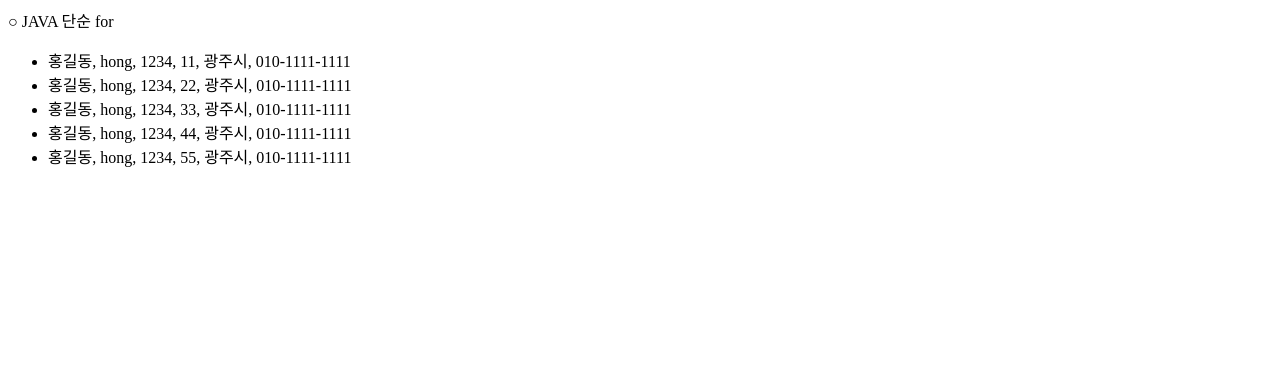
Repository: youngmoon525/Jsp_Servlet
Page: http://localhost/03.JSP/jsp37.jsp
These files come from the project's save history. The page is drawn as it stood at one moment and after the next save; the edit follows.
The browser window is 1280 px wide. The pictures show the whole page.
The page is served by Tomcat 9. Other server files are loaded and not shown.

Above is the page before, as saved 2021-09-09 02:34:10.

### workspace/03.JSP/WebContent/jsp37.jsp
<%@page import="com.hanul.study.MemberDTO"%>
<%@page import="java.util.ArrayList"%>
<%@ page language="java" contentType="text/html; charset=UTF-8" pageEncoding="UTF-8"%>
<%@ taglib prefix="c" uri="http://java.sun.com/jsp/jstl/core" %>
<%
ArrayList<MemberDTO> list = new ArrayList<>();
list.add(new MemberDTO("홍길동", "hong", "1234", 11, "광주시", "010-1111-1111"));
list.add(new MemberDTO("홍길동", "hong", "1234", 22, "광주시", "010-1111-1111"));
list.add(new MemberDTO("홍길동", "hong", "1234", 33, "광주시", "010-1111-1111"));
list.add(new MemberDTO("홍길동", "hong", "1234", 44, "광주시", "010-1111-1111"));
list.add(new MemberDTO("홍길동", "hong", "1234", 55, "광주시", "010-1111-1111"));
%>
<!DOCTYPE html>
<html>
<head>
<meta charset="UTF-8">
<title>JSP37</title>
</head>
<body>
○ JAVA 단순 for<br/>
<ul>
	<%
		for(int i = 0; i < list.size(); i++){
			out.println("<li>" + list.get(i).getName() + ", ");
			out.println(list.get(i).getId() + ", ");
			out.println(list.get(i).getPw() + ", ");
			out.println(list.get(i).getAge() + ", ");
			out.println(list.get(i).getAddr() + ", ");
			out.println(list.get(i).getTel() + "</li>");
		}
	%>
</ul>
</body>
</html>

### workspace/03.JSP/src/com/hanul/study/MemberDTO.java
package com.hanul.study;

import java.io.Serializable;

public class MemberDTO implements Serializable{
	//멤버변수(필드) 선언 : DataBase의 Table의 컬럼(속성, 필드)명과 일치
	private String name, id, pw, addr, tel;
	private int age;

	//디폴트 생성자 메소드 : 빈깡통
	public MemberDTO() {}

	//생성자 메소드 초기화 : 멤버변수를 하나의 타입으로 묶어준다
	public MemberDTO(String name, String id, String pw, int age, String addr, String tel) {
		super();
		this.name = name;
		this.id = id;
		this.pw = pw;
		this.age = age;
		this.addr = addr;
		this.tel = tel;
	}

	//Getters & Setters 메소드 : 멤버변수에 접근
	public String getName() {
		return name;
	}

	public void setName(String name) {
		this.name = name;
	}

	public String getId() {
		return id;
	}

	public void setId(String id) {
		this.id = id;
	}

	public String getPw() {
		return pw;
	}

	public void setPw(String pw) {
		this.pw = pw;
	}

	public String getAddr() {
		return addr;
	}

	public void setAddr(String addr) {
		this.addr = addr;
	}

	public String getTel() {
		return tel;
	}

	public void setTel(String tel) {
		this.tel = tel;
	}

	public int getAge() {
		return age;
	}

	public void setAge(int age) {
		this.age = age;
	}



}

After the next save:
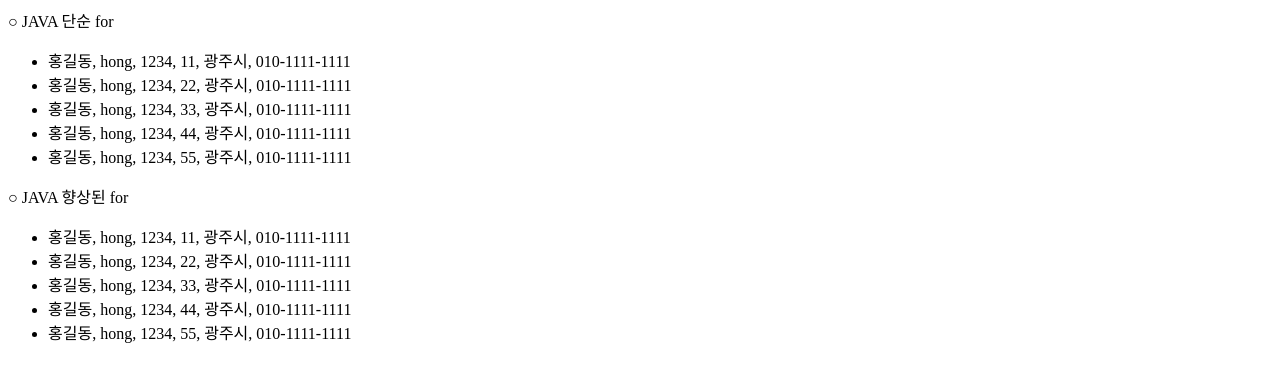
Saved 2 min 41 s later.
--- a/workspace/03.JSP/WebContent/jsp37.jsp
+++ b/workspace/03.JSP/WebContent/jsp37.jsp
@@ -30,5 +30,19 @@ list.add(new MemberDTO("홍길동", "hong", "1234", 55, "광주시", "010-1111-1
 		}
 	%>
 </ul>
+
+○ JAVA 향상된 for<br/>
+<ul>
+	<%
+		for(MemberDTO dto : list){
+			out.println("<li>" + dto.getName() + ", ");
+			out.println(dto.getId() + ", ");
+			out.println(dto.getPw() + ", ");
+			out.println(dto.getAge() + ", ");
+			out.println(dto.getAddr() + ", ");
+			out.println(dto.getTel() + "</li>");
+		}
+	%>
+</ul>
 </body>
 </html>
